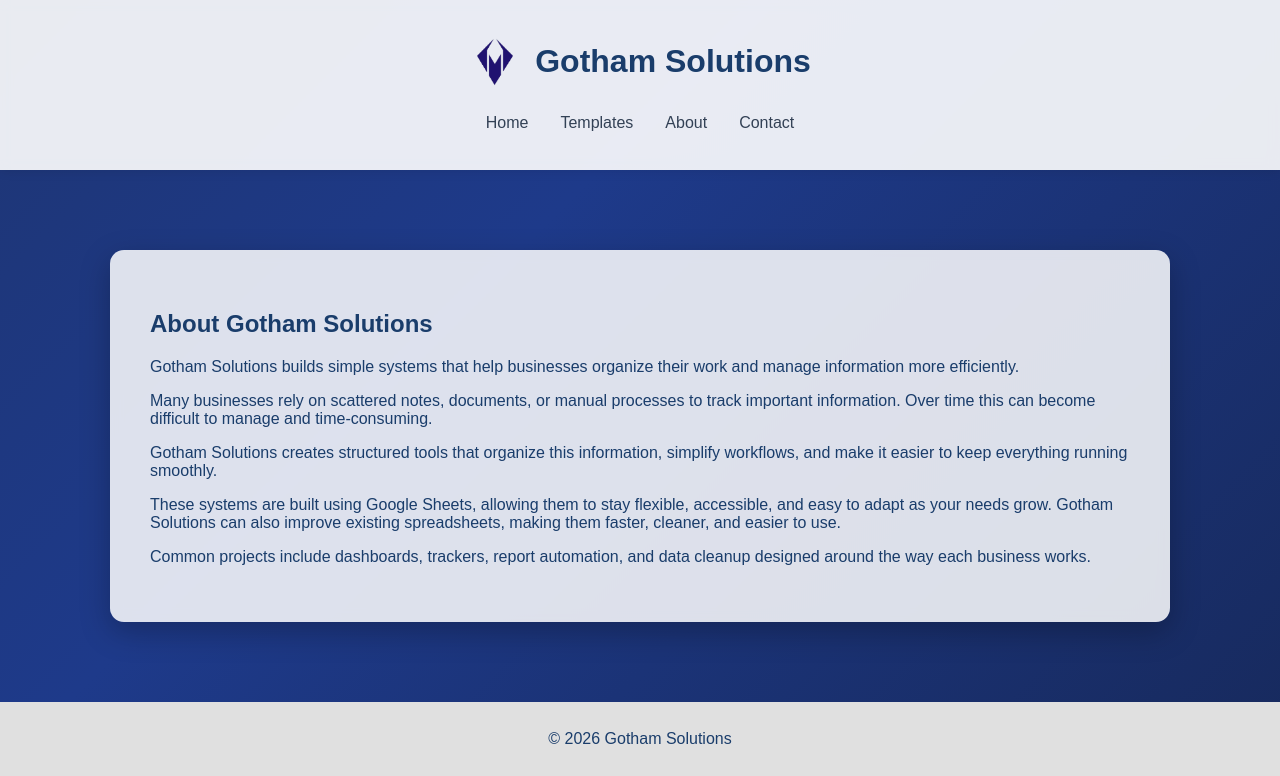
Repository: kmm569/gothamsolutions
Page: about/index.html
These files come from the project's save history. The page is drawn as it stood at one moment and after the next save; the edit follows.
The browser window is 1280 px wide. The pictures show the whole page.

Above is the page before, as saved 2026-03-12 08:52:17.

### about/index.html
<!doctype html>
<html lang="en">
	<head>
		<meta charset="UTF-8" />
		<meta name="viewport" content="width=device-width, initial-scale=1.0" />

		<title>About | Gotham Solutions</title>

		<link rel="stylesheet" href="../styles.css" />
		<link rel="icon" href="../icons/favicon.ico" />
	</head>

	<body>
		<header>
			<div class="logo-container">
				<img href="/" src="../LogoSolo.png" alt="Gotham Solutions Logo" class="logo" />
				<h1>Gotham Solutions</h1>
			</div>

			<nav>
				<ul>
					<li><a href="/" class="nav-link">Home</a></li>
					<li><a href="/templates/" class="nav-link">Templates</a></li>
					<li><a href="/about/" class="nav-link">About</a></li>
					<li><a href="/contact/" class="nav-link">Contact</a></li>
				</ul>
			</nav>
		</header>

		<main>
			<div class="content-wrapper">
				<section class="content-card">
					<h2>About Gotham Solutions</h2>

					<p>
						Gotham Solutions builds simple systems that help businesses organize
						their work and manage information more efficiently.
					</p>

					<p>
						Many businesses rely on scattered notes, documents, or manual
						processes to track important information. Over time this can become
						difficult to manage and time-consuming.
					</p>

					<p>
						Gotham Solutions creates structured tools that organize this
						information, simplify workflows, and make it easier to keep
						everything running smoothly.
					</p>

					<p>
						These systems are built using Google Sheets, allowing them to stay
						flexible, accessible, and easy to adapt as your needs grow. Gotham
						Solutions can also improve existing spreadsheets, making them
						faster, cleaner, and easier to use.
					</p>

					<p>
						Common projects include dashboards, trackers, report automation, and
						data cleanup designed around the way each business works.
					</p>
				</section>
			</div>
		</main>

		<footer>
			<p>&copy; 2026 Gotham Solutions</p>
		</footer>
		<script>
			const params = new URLSearchParams(window.location.search);

			if (params.has("template")) {
				sessionStorage.setItem("template", params.get("template"));
			}

			if (params.has("source")) {
				sessionStorage.setItem("source", params.get("source"));
			}
		</script>
	</body>
</html>

### styles.css
*,
*::before,
*::after {
	box-sizing: border-box;
}

body {
	background: #ffffff;
	color: #1a3d6b;
	font-family: Arial, sans-serif;
	margin: 0;
	padding: 0;
	display: flex;
	flex-direction: column;
	min-height: 100vh;
}

header {
	position: sticky;
	top: 0;
	z-index: 100;

	transition: padding 0.25s ease;
}

/* logo animation */
.logo-container {
	overflow: hidden;
	transition:
		max-height 0.25s ease,
		opacity 0.2s ease,
		transform 0.25s ease;
}

/* default visible logo height */
.logo-container {
	max-height: 120px;
}

/* compact header when scrolling */
header.scrolled {
	padding: 10px 20px;
	box-shadow: 0 6px 18px rgba(0, 0, 0, 0.15);
}

/* hide logo smoothly */
header.scrolled .logo-container {
	max-height: 0;
	opacity: 0;
	transform: translateY(-10px);
}

header {
	display: flex;
	flex-direction: column;
	align-items: center;

	padding: 22px 20px;

	background: rgba(255, 255, 255, 0.9);
	backdrop-filter: blur(6px);

	box-shadow: 0 2px 10px rgba(0, 0, 0, 0.08);
}
@media (max-width: 600px) {
	header {
		padding: 16px 12px;
	}
}

.logo-container {
	display: flex;
	align-items: center;
	gap: 14px;
}

.logo {
	height: 52px;
}

nav ul {
	display: flex;
	gap: 32px;

	list-style: none;
	padding: 0;
	margin-top: 12px;
}

.nav-link {
	text-decoration: none;

	color: #334155;
	font-weight: 500;

	position: relative;

	transition: color 0.2s ease;
}

.nav-link:hover {
	color: #2563eb;
}

.nav-link::after {
	content: "";

	position: absolute;
	left: 0;
	bottom: -4px;

	width: 0;
	height: 2px;

	background: #2563eb;

	transition: width 0.2s ease;
}

.nav-link:hover::after {
	width: 100%;
}

main {
	flex: 1;
	padding: 40px 20px;
	width: 100%;
	max-width: 1100px;
	margin: 0 auto;
}

/* HERO */

.hero {
	text-align: center;
	margin-bottom: 50px;
}

.hero h2 {
	font-size: 2em;
	margin-bottom: 15px;
}

.hero-text {
	max-width: 650px;
	margin: auto;
	font-size: 1.1em;
	line-height: 1.5;
}

@media (max-width: 600px) {
	.hero-text {
		max-width: 100%;
		padding: 0 6px;
	}
}

.hero-buttons {
	margin-top: 20px;
	display: flex;
	gap: 15px;
	justify-content: center;
	flex-wrap: wrap;
}

/* BUTTONS */

.button-primary {
	background: #1a3d6b;
	color: white;
	padding: 12px 24px;
	border-radius: 8px;
	text-decoration: none;
	font-weight: bold;
}

.button-secondary {
	background: #16a085;
	color: white;
	padding: 12px 24px;
	border-radius: 8px;
	text-decoration: none;
	font-weight: bold;
}

@media (max-width: 600px) {
	.button-primary,
	.button-secondary {
		padding: 10px 18px;
		font-size: 0.95em;
	}
}

/* SERVICES */

.services {
	margin-bottom: 50px;
}

.services h2 {
	text-align: center;
	margin-bottom: 25px;
}

.service-grid {
	display: grid;
	grid-template-columns: repeat(auto-fit, minmax(220px, 1fr));
	gap: 20px;
}

@media (max-width: 600px) {
	.service-grid {
		grid-template-columns: 1fr;
		gap: 18px;
	}
}

.service-card {
	background: #f5f5f5;
	padding: 20px;
	border-radius: 10px;
	box-shadow: 0 4px 10px rgba(0, 0, 0, 0.1);
}

/* PROCESS */

.process {
	margin-bottom: 20px;
}

.process h2 {
	text-align: center;
	margin-bottom: 25px;
}

.process-grid {
	display: grid;
	grid-template-columns: repeat(auto-fit, minmax(220px, 1fr));
	gap: 20px;
}

.process-step {
	background: #f5f5f5;
	padding: 20px;
	border-radius: 10px;
	box-shadow: 0 4px 10px rgba(0, 0, 0, 0.1);
}

/* CTA */

.cta {
	text-align: center;
	background: #f5f5f5;
	padding: 30px;
	border-radius: 10px;
	max-width: 700px;
	margin: 0 auto;
}

.cta p {
	max-width: 600px;
	margin: 10px auto 20px auto;
}

/* FORM */

.contact-section {
	max-width: 900px;
	margin: 60px auto;
	padding: 0 20px;
}

.form-card {
	background: #f5f5f5;
	padding: 30px;
	border-radius: 10px;
	box-shadow: 0 6px 14px rgba(0, 0, 0, 0.15);

	width: 100%;
	max-width: 900px;

	margin: 0 auto;
}

.form-card form {
	width: 100%;
}

form {
	display: flex;
	flex-direction: column;
	gap: 14px;
}

input,
select,
textarea {
	width: 100%;
	padding: 14px;
	font-size: 15px;
}

.submit-button {
	margin-top: 10px;
	padding: 12px;
	border: none;
	background: #1a3d6b;
	color: white;
	font-weight: bold;
	border-radius: 8px;
	cursor: pointer;
}

.submit-button:hover {
	background: #163457;
}

input,
select,
textarea {
	width: 100%;
	padding: 12px;
	border-radius: 6px;
	border: 1px solid #ccc;
	font-size: 14px;
	box-sizing: border-box;
}

/* WHY SECTION */

.why-section {
	margin: 50px 0;
	background: #f5f5f5;
	padding: 30px;
	border-radius: 10px;
	box-shadow: 0 4px 10px rgba(0, 0, 0, 0.1);
}

.why-section h2 {
	text-align: center;
	margin-bottom: 10px;
}

.why-section > p {
	text-align: center;
	max-width: 650px;
	margin: 0 auto 25px auto;
}

footer {
	background: #e0e0e0;
	padding: 12px;
	text-align: center;
}

/* WHY GOTHAM SOLUTIONS LIST */

.about-points {
	list-style: none;
	padding: 0;
	margin-top: 20px;

	display: flex;
	flex-direction: column;
	gap: 18px;
}

.about-points li {
	position: relative;
	padding-left: 34px;
	line-height: 1.5;
}

.about-points li::before {
	content: "";

	position: absolute;
	left: 0;
	top: 3px;

	width: 16px;
	height: 16px;

	background-color: #2c3e50;

	mask: url("/icons/target.svg") no-repeat center;
	mask-size: contain;

	-webkit-mask: url("/icons/target.svg") no-repeat center;
	-webkit-mask-size: contain;
}

body {
	background: linear-gradient(-45deg, #0f172a, #1e3a8a, #1e293b, #2563eb);

	background-size: 400% 400%;
	animation: gradientShift 15s ease infinite;

	min-height: 100vh;
}

@keyframes gradientShift {
	0% {
		background-position: 0% 50%;
	}
	50% {
		background-position: 100% 50%;
	}
	100% {
		background-position: 0% 50%;
	}
}

.content-wrapper {
	max-width: 1100px;
	margin: 40px auto;
	padding: 40px;

	background: rgba(255, 255, 255, 0.85);

	border-radius: 14px;

	box-shadow: 0 10px 30px rgba(0, 0, 0, 0.25);

	backdrop-filter: blur(6px);
}

.service-card,
.process-step {
	background: #ffffff;
	border-radius: 12px;

	padding: 24px;

	box-shadow: 0 6px 18px rgba(0, 0, 0, 0.08);

	transition:
		transform 0.2s ease,
		box-shadow 0.2s ease;
}

.service-card:hover,
.process-step:hover {
	transform: translateY(-6px);

	box-shadow: 0 14px 32px rgba(0, 0, 0, 0.15);
}

.service-card::before,
.process-step::before {
	content: "";
	display: block;

	height: 4px;
	width: 40px;

	background: #2563eb;

	border-radius: 4px;

	margin-bottom: 12px;
}

.templates-grid {
	display: grid;
	grid-template-columns: repeat(auto-fit, minmax(260px, 1fr));
	gap: 24px;
	margin-top: 30px;
}

.template-card {
	background: #ffffff;
	border-radius: 12px;
	padding: 24px;

	box-shadow: 0 6px 18px rgba(0, 0, 0, 0.08);

	display: flex;
	flex-direction: column;
	gap: 12px;

	transition:
		transform 0.2s ease,
		box-shadow 0.2s ease;
}

.template-card:hover {
	transform: translateY(-6px);
	box-shadow: 0 14px 32px rgba(0, 0, 0, 0.15);
}

.template-preview {
	width: 100%;
	max-height: 420px;

	object-fit: cover;

	border-radius: 10px;
	margin-bottom: 16px;

	box-shadow: 0 8px 20px rgba(0, 0, 0, 0.18);
}

.template-gallery {
	display: flex;
	gap: 12px;
	margin-bottom: 18px;
	flex-wrap: wrap;
}

.template-gallery img {
	width: 90px;
	height: 65px;

	object-fit: cover;

	border-radius: 6px;
	cursor: pointer;

	transition:
		transform 0.15s ease,
		box-shadow 0.15s ease;
}

.template-gallery img:hover {
	transform: scale(1.05);
	box-shadow: 0 6px 12px rgba(0, 0, 0, 0.15);
}

.template-card .button-primary {
	width: 100%;
	text-align: center;
}

After the next save:
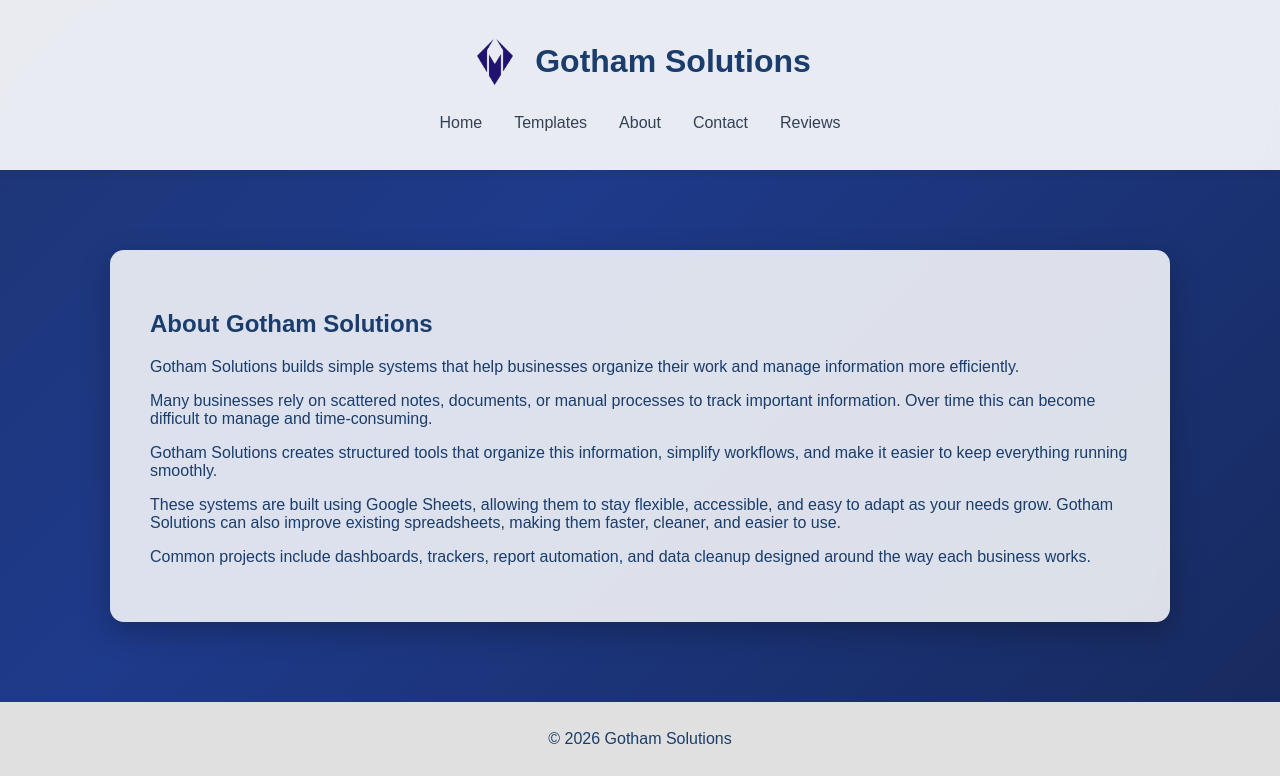
Saved 5 s later.
--- a/about/index.html
+++ b/about/index.html
@@ -23,6 +23,7 @@
 					<li><a href="/templates/" class="nav-link">Templates</a></li>
 					<li><a href="/about/" class="nav-link">About</a></li>
 					<li><a href="/contact/" class="nav-link">Contact</a></li>
+					<li><a href="/reviews/" class="nav-link">Reviews</a></li>
 				</ul>
 			</nav>
 		</header>
